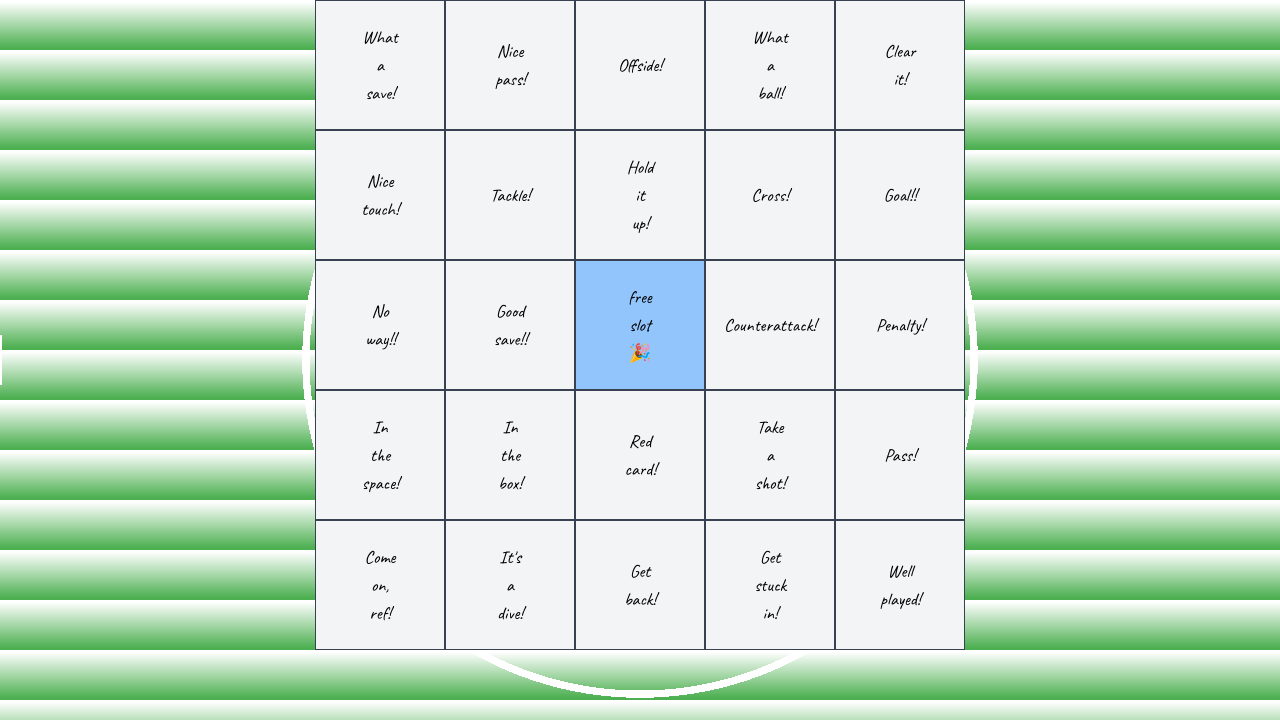
Repository: yassirbn/football-bingo
Page: /
The author's editor kept a copy of each file at every save. The page is drawn from the files as they stood at one save, then again after the next save.
The browser window is 1280 px wide. The pictures show the whole page.
The project was rebuilt for these pictures with package versions that can differ from the ones it lists, and the page was loaded fresh each time.

Above is the page before, as saved 2024-11-27 13:33:33.

After the next save:
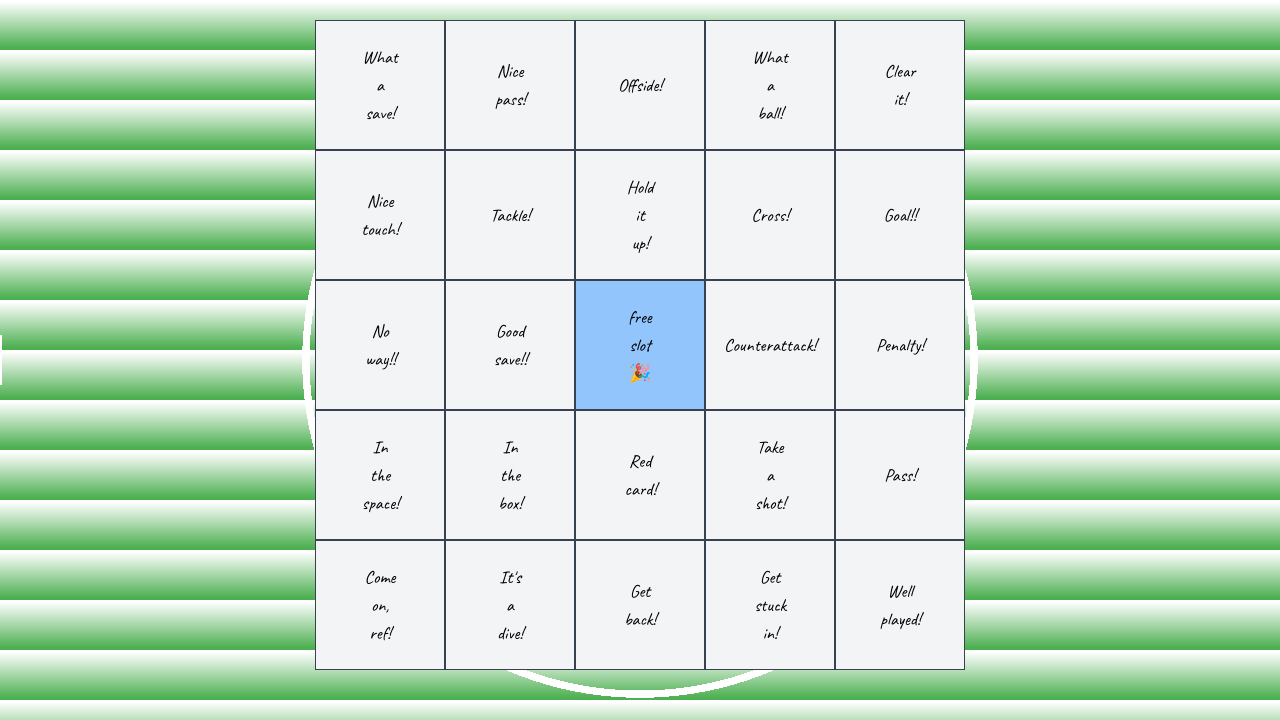
Saved 22 s later.
--- a/src/component/BingoGrid/BingoGrid.js
+++ b/src/component/BingoGrid/BingoGrid.js
@@ -94,7 +94,7 @@ const BingoGrid = ({ words }) => {
 
       {/* Bingo Grid */}
       <div
-        className="grid"
+        className="grid pt-5"
         style={{
           gridTemplateColumns: `repeat(${gridSize}, 1fr)`,
         }}
